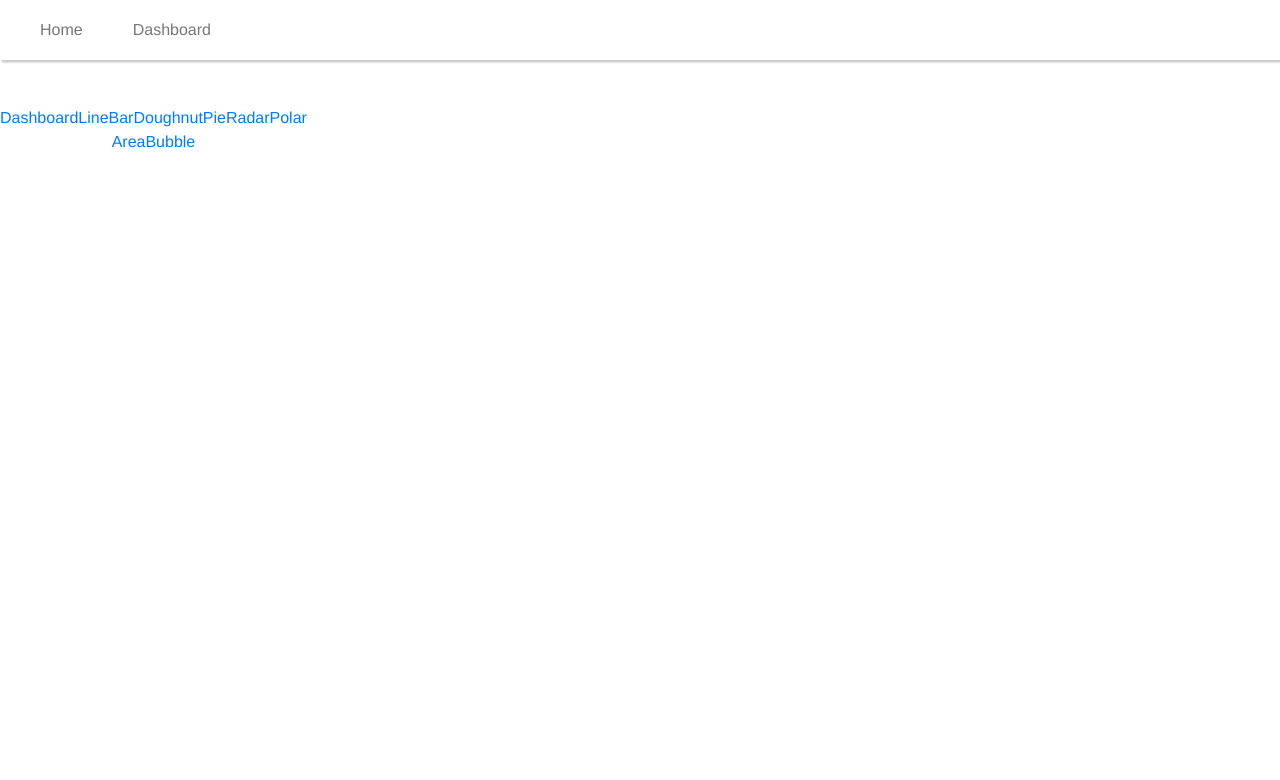
Repository: nashthecoder/vue_learn
Page: /dashboard (app in client/)
The author's editor kept a copy of each file at every save. The page is drawn from the files as they stood at one save, then again after the next save.
The browser window is 1280 px wide. The pictures show the whole page.
The project was rebuilt for these pictures with package versions that can differ from the ones it lists, and the page was loaded fresh each time. Imported but missing from the stored project, and not drawn on this page: client/src/views/Home.vue.

Above is the page before, as saved 2020-12-25 01:02:50.

### client/public/index.html
<!DOCTYPE html>
<html lang="en">
  <head>
    <meta charset="utf-8">
    <meta http-equiv="X-UA-Compatible" content="IE=edge">
    <meta name="viewport" content="width=device-width,initial-scale=1.0">
    <link rel="icon" href="<%= BASE_URL %>favicon.ico">
    <title>Visualizations</title>
  </head>
  <body>
    <noscript>
      <strong>We're sorry but client doesn't work properly without JavaScript enabled. Please enable it to continue.</strong>
    </noscript>
    <div id="app"></div>
    <!-- built files will be auto injected -->
  </body>
</html>

### client/src/main.js
import Vue from "vue";
import App from "./App.vue";
import "bootstrap/dist/css/bootstrap.css";
import router from "./router";

Vue.config.productionTip = false;

new Vue({
  router,
  render: h => h(App)
}).$mount("#app");

### client/src/App.vue
<template>
  <div id="app">
    <ResponsiveNav
      :nav-links="navLinks"
      background="#fff"
      link-color="#777"
      hoverBackground="#ddd"
    />
    <router-view />
  </div>
</template>
<script>
import ResponsiveNav from "@/components/ResponsiveNav";

export default {
  components: {
    ResponsiveNav
  },
  data: () => ({
    navLinks: [
      {
        text: "Home",
        path: "/"
      },
      {
        text: "Dashboard",
        path: "/dashboard"
      }
    ]
  })
};
</script>
<style>
body {
  margin: 0;
}
#app {
  font-family: "Avenir", Helvetica, Arial, sans-serif;
  -webkit-font-smoothing: antialiased;
  -moz-osx-font-smoothing: grayscale;
  text-align: center;
  color: #2c3e50;
}
#nav {
  padding: 30px;
}

#nav a {
  font-weight: bold;
  color: #2c3e50;
}

#nav a.router-link-exact-active {
  color: #42b983;
}
</style>

### client/src/router.js
import Vue from "vue";
import VueRouter from "vue-router";
import Home from "./views/Home.vue";

Vue.use(VueRouter);

const routes = [
  {
    path: "/",
    name: "Home",
    component: Home
  },
  {
    path: "/dashboard",
    name: "Dashboard",
    component: () => import("./views/Dashboard.vue")
  },
  {
    path: "/line",
    name: "Line",
    component: () => import("./views/Line.vue")
  },
  {
    path: "/bar",
    name: "Bar",
    component: () => import("./views/Bar.vue")
  },
  {
    path: "/doughnut",
    name: "Doughnut",
    component: () => import("./views/Doughnut.vue")
  },
  {
    path: "/pie",
    name: "Pie",
    component: () => import("./views/Pie.vue")
  },
  {
    path: "/radar",
    name: "Radar",
    component: () => import("./views/Radar.vue")
  },
  {
    path: "/polar-area",
    name: "PolarArea",
    component: () => import("./views/PolarArea.vue")
  },
  {
    path: "/bubble",
    name: "Bubble",
    component: () => import("./views/Bubble.vue")
  },
  {
    path: "/scatter",
    name: "Scatter",
    component: () => import("./views/Scatter.vue")
  }
];
const router = new VueRouter({
  mode: "history",
  base: process.env.BASE_URL,
  routes
});

export default router;

### client/src/components/ResponsiveNav.vue
<template>
  <nav :style="{ background: background || '#333' }">
    <ul :style="{ background: background || '#333' }" ref="nav">
      <figure class="image-logo" @click="toggleNav"></figure>
      <li
        v-for="(link, index) in navLinks"
        :key="index"
        @mouseenter="
          $event.currentTarget.style.background = hoverBackground || '#999'
        "
        @mouseleave="
          $event.currentTarget.style.background = background || '#333'
        "
      >
        <router-link :to="link.path" :style="{ color: linkColor || '#ddd' }">
          {{ link.text }}
          <i :class="link.icon" />
        </router-link>
      </li>
    </ul>
  </nav>
</template>
<script>
export default {
  props: [
    "navLinks",
    "background",
    "linkColor",
    "hoverBackground",
    "imagePath"
  ],
  methods: {
    toggleNav() {
      const nav = this.$refs.nav.classList;
      nav.contains("active") ? nav.remove("active") : nav.add("active");
    }
  }
};
</script>

<style scoped lang="scss">
nav {
  height: 60px;
  width: 100%;
  box-shadow: 2px 2px 2px #ccc;
  ul {
    display: flex;
    height: 100%;
    align-items: center;
    margin-block-start: 0;
    margin-block-end: 0;
    padding-inline-start: 0;
    box-shadow: 2px 2px 2px #ccc;
    figure {
      cursor: pointer;
      margin-right: 10px;
    }
    a {
      text-decoration: none;
      display: flex;
      flex-direction: row-reverse;
      align-items: center;
    }
    i {
      margin-right: 10px;
      font-size: 22px;
    }
    li {
      list-style-type: none;
      padding: 10px 20px;
    }
  }
}
@media screen and (max-width: 759px) {
  nav {
    ul {
      position: absolute;
      width: 300px;
      flex-direction: column;
      left: -240px;
      transition: 300ms ease all;
      top: 60px;
      &.active {
        left: 0px;
      }
      figure {
        position: fixed;
        z-index: 1;
        top: 10px;
        left: 2px;
      }
      li {
        width: 100%;
        padding-left: 0;
        padding-right: 0;
      }
      a {
        flex-direction: row;
        margin-left: 20px;
        justify-content: space-between;
        margin-right: 13px;
      }
    }
  }
}
</style>

### client/src/views/Dashboard.vue
<template>
  <div class="dashboard">
    <Sidebar />
    <div class="content">
      <router-view />
    </div>
  </div>
</template>

<script>
import Sidebar from "../components/Sidebar";
export default {
  name: "home",
  components: {
    Sidebar
  }
};
</script>

<style>
.dashboard {
  display: grid;
  grid-template-columns: 1fr 5fr;
  background-color: #F5777B);
  height: 100vh;
  width: 100vw;
}
.content {
  background-color: white;
  border-radius: 10px;
  margin: 6px 6px 6px 0px;
}
</style>

### client/src/components/Sidebar.vue
<template>
  <div class="sidebar">
    <div class="title">
      Simple Sidebar
    </div>
    <div class="menu-items">
      <router-link to="/dashboard">Dashboard</router-link>
      <router-link to="/line">Line</router-link>
      <router-link to="/bar">Bar</router-link>
      <router-link to="/doughnut">Doughnut</router-link>
      <router-link to="/pie">Pie</router-link>
      <router-link to="/radar">Radar</router-link>
      <router-link to="/polar-area">Polar Area</router-link>
      <router-link to="/bubble">Bubble</router-link>
    </div>
  </div>
</template>

<script>
export default {};
</script>

<style>
.title {
  color: white;
  font-size: 24px;
  margin-top: 10px;
}
</style>

After the next save:
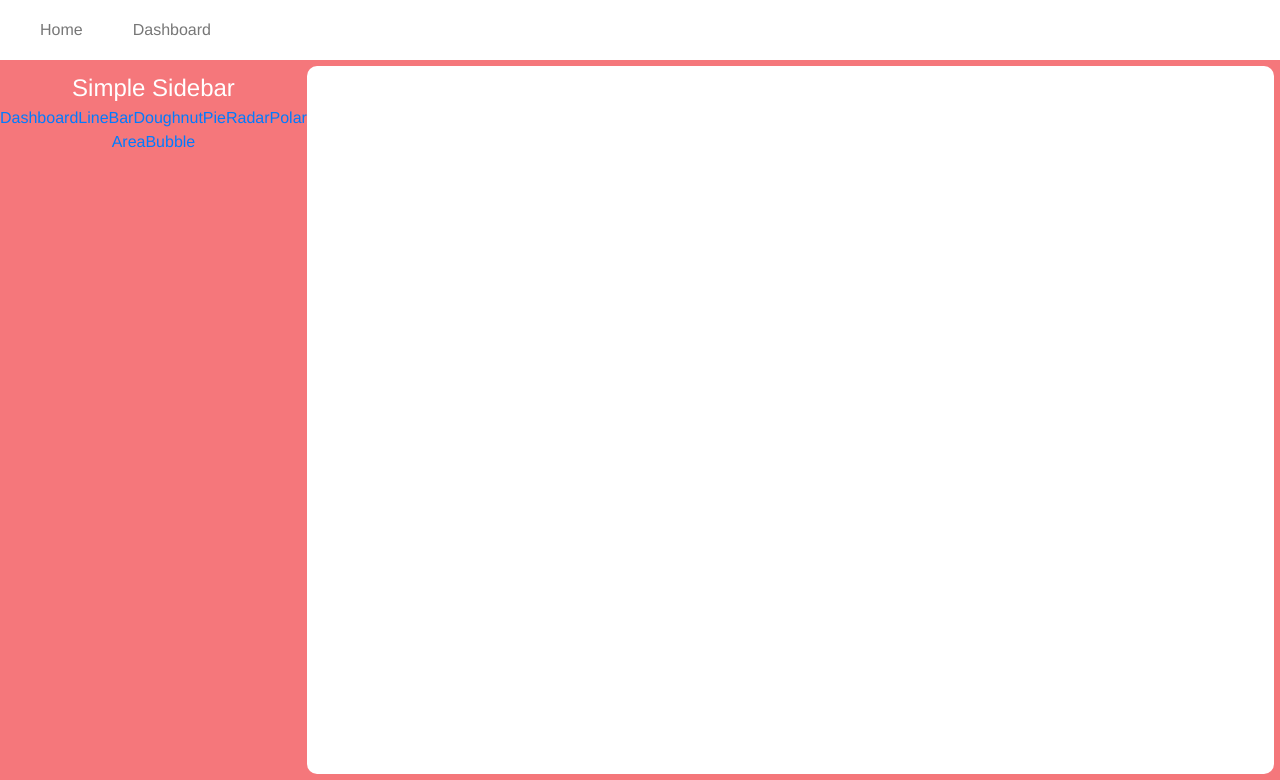
Saved 12 s later.
--- a/client/src/views/Dashboard.vue
+++ b/client/src/views/Dashboard.vue
@@ -21,7 +21,7 @@ export default {
 .dashboard {
   display: grid;
   grid-template-columns: 1fr 5fr;
-  background-color: #F5777B);
+  background-color: #F5777B;
   height: 100vh;
   width: 100vw;
 }
